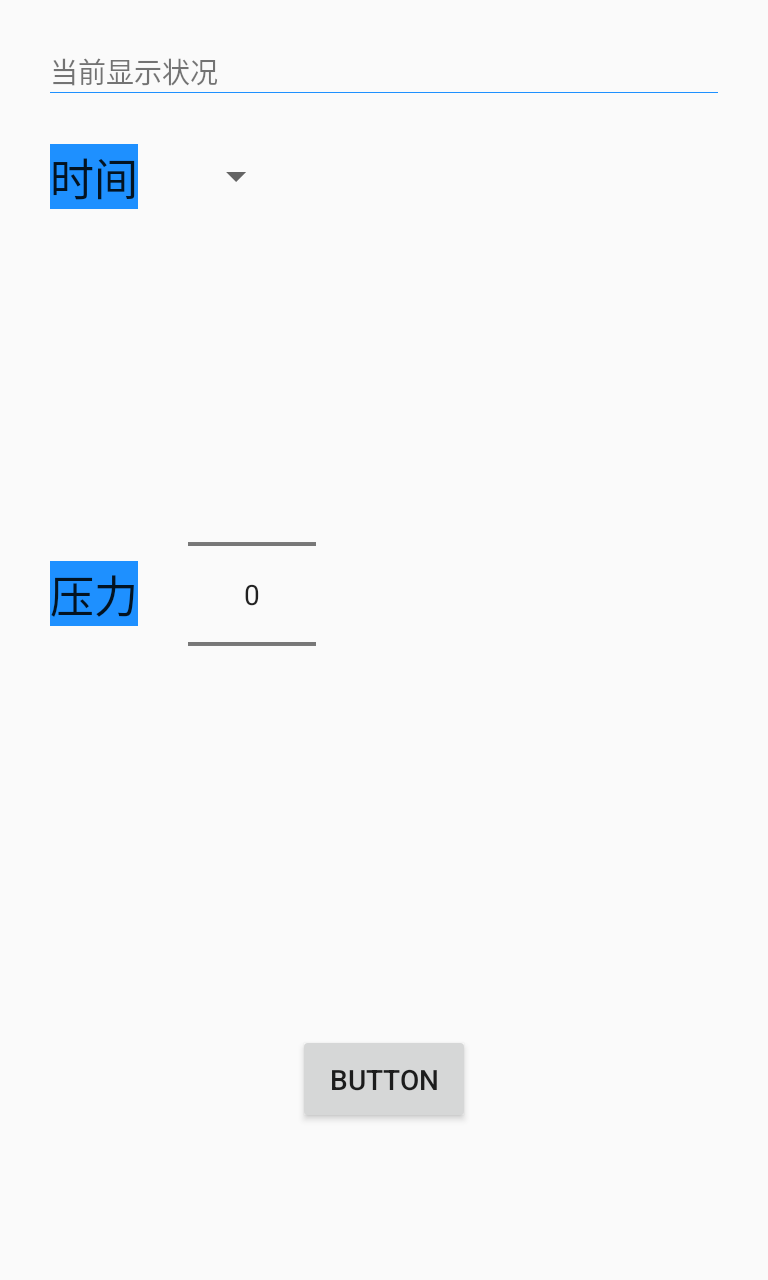
Repository: mimimy/MassagePro
Layout: BLE-Version/MassageTool/res/layout/base_pager.xml
These files come from the project's save history. The layout is drawn as it stood at one moment and after the next save; the edit follows.
It is drawn on a 768 x 1280 px phone screen (xhdpi) without system bars, with theme AppTheme; the app's code is not run.

Above is the layout before, as saved 2018-07-29 04:02:49.

After the next save:
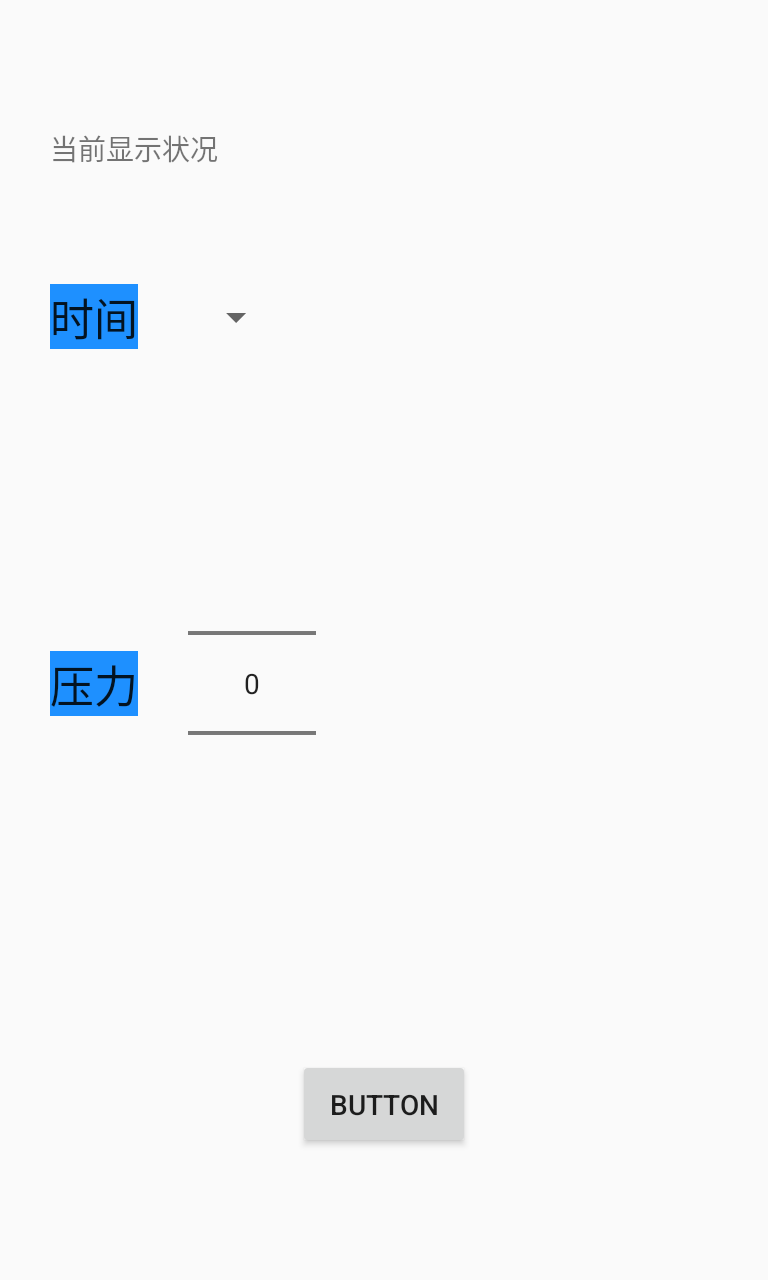
Saved 32 s later.
--- a/BLE-Version/MassageTool/res/layout/base_pager.xml
+++ b/BLE-Version/MassageTool/res/layout/base_pager.xml
@@ -5,7 +5,10 @@
     android:layout_height="fill_parent"
     android:orientation="vertical" >
 
-    <TextView
+	<LinearLayout android:layout_width="match_parent"
+	    android:layout_height="wrap_content"
+	    android:layout_weight="2">
+	  <TextView
         android:id="@+id/tv_show"
         android:layout_width="match_parent"
         android:layout_height="wrap_content"
@@ -15,6 +18,7 @@
         android:background="#1E90FF"
         android:layout_width="fill_parent"
         android:layout_height="1px"/>
+	</LinearLayout>
 
     <LinearLayout
         android:layout_width="match_parent"
